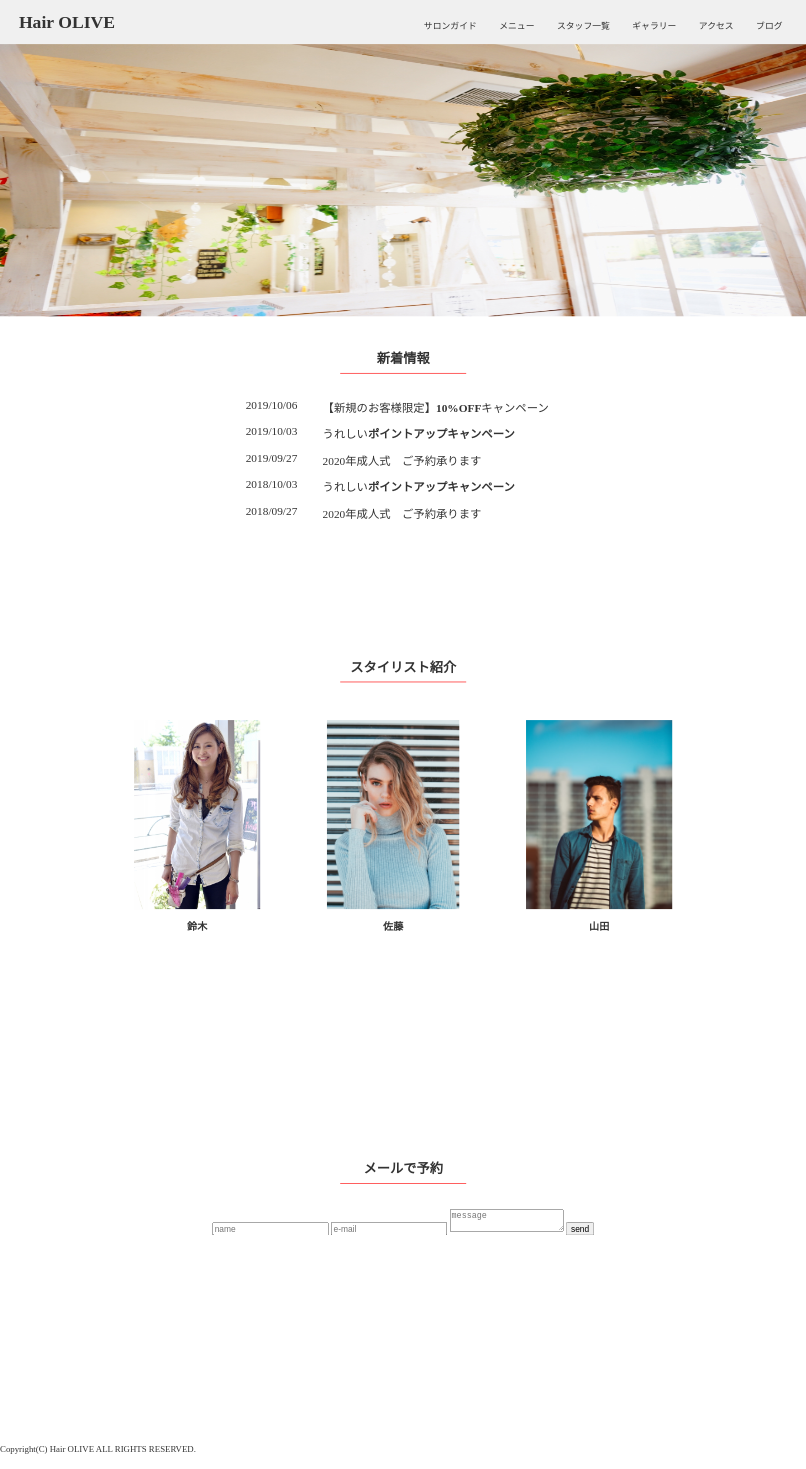
Repository: m-mao/firsa_app
Page: html_css/hair_olive/index.html
The author's editor kept a record of every edit. The page is drawn from the files as they stood at one moment, then again after the next edit.
The browser window is 1280 px wide. The pictures show the whole page, at 63% of full size.

Above is the page before.

### html_css/hair_olive/index.html
<!DOCTYPE HTML>
<html>
  <head>
    <meta charset="UTF-8">
    <link rel="stylesheet" href="style.css">
    <title>Hair OLIVE</title>
  </head>
  <body>
  <header>
      <div class="heading">
        <h1 class="title">Hair OLIVE</h1>
      </div>
      <div class="navbar">
        <ul class="nav-lists">
          <li>サロンガイド</li>
          <li>メニュー</li>
          <li>スタッフ一覧</li>
          <li>ギャラリー</li>
          <li>アクセス</li>
          <li>ブログ</li>
        </ul>
      </div>
  </header>

  <div class="contents">
      <div class="first-view">
        <img src="images/hero.jpg" alt="トップ画面" class="top-image"></img>
      </div>
      <div class="upper-content">
        <h2 class="heading-name">新着情報</h2>
        <ul class="messages">
          <li class="message">
            <div class="message-date">2019/10/06</div>
            <div>【新規のお客様限定】<b>10%OFF</b>キャンペーン</div>
          </li>
          <li class="message">
            <div class="message-date">2019/10/03</div>
            <div>うれしい<b>ポイントアップキャンペーン</b></div>
          </li>
          <li class="message">
            <div class="message-date">2019/09/27</div>
            <div>2020年成人式　ご予約承ります</div>
          </li>
          <li class="message">
            <div class="message-date">2018/10/03</div>
            <div>うれしい<b>ポイントアップキャンペーン</b></div>
          </li>
          <li class="message">
            <div class="message-date">2018/09/27</div>
            <div>2020年成人式　ご予約承ります</div>
          </li>
        </ul>
      </div>
      <div class="middle-content">
        <h2 class="heading-name">スタイリスト紹介</h2>
        <ul class="stylist-list">
          <li>
            <img src="images/staff1.jpg" alt="staff1" class=stylist-image>
            <h4 class="stylist-name">鈴木</h4>
          </li>
          <li>
            <img src="images/staff2.jpg" alt="staff2" class=stylist-image>
            <h4 class="stylist-name">佐藤</h4>
          </li>
          <li>
            <img src="images/staff3.jpg" alt="staff3" class=stylist-image>
            <h4 class="stylist-name">山田</h4>
          </li>
        </ul>
      </div>
      <div class="bottom-content">
        <form class="contact-form">
          <h2 class="heading-name">メールで予約</h2>
          <input type="text" placeholder="name" class="small-field">
          <input type="text" placeholder="e-mail" class="small-field">
          <textarea placeholder="message" class="large-field"></textarea>
          <input type="submit" value="send" class="send"/>
        </form>
        <!-- 『フォーム』を表示する -->
      </div>
    </div>
    <footer>
      <p>Copyright(C) Hair OLIVE ALL RIGHTS RESERVED.</p>
    </footer>
  </body>
</html>

### html_css/hair_olive/style.css
/* リセットCSS */
body {
  font-size: 14px;
  color: #333;
  margin: 0 auto;
}
h1,h2,h3,h4,h5,h6,p {
  padding: 10px 0;
  margin: 0;
}

ul,li {
  padding: 0;
  margin: 0;
}

/* ヘッダー */
header {
    height: 50px;
    background-color: #f0f0f0;
    padding: 10px 0;
    display: flex;
}

.heading {
    width: 50%;
    margin-left: 30px;
}

.navbar {
    width: 50%;
    padding: 20px;
}

.nav-lists {
    display: flex;
    justify-content: space-around;
}

li {
    list-style: none;
}

/* first-viewクラスからbottom-contentクラスまでの要素の親要素*/
.contents {
    background-color: white;
}

.first-view {
    height: 60vh;
    background-color: pink;
}

.top-image {
    height: 100%;
    width: 100%;
}

/* 新着情報 */
.upper-content {
    height:450px;
    margin: 0 160px;
}

.heading-name {
    text-align: center;
    border-bottom: 1px solid red;
    width: 200px;
    margin: 40px auto;
}

.messages {
    width: 50vw;
    margin: 0 auto;
}

.message {
    display: flex;
    font-size: 18px;
    margin: 0 0 16px 70px;
}

.message-date {
    padding-right: 40px;
}

/* スタイリスト紹介 */
.middle-content {
    height:450px;
    margin: 0 160px;
}

.stylist-list {
    display: flex;
    justify-content: space-around;
    margin: 60px 0;
}

.stylist-image {
    height: 300px;
}

.stylist-name {
    font-size: 16px;
    text-align: center;
}

/* フォーム */
.bottom-content {
    height:800px;
    margin: 0 160px;
    display: flex;
    justify-content: center;
    align-items: center;
}

.small-field {
  margin: 0 auto 15px;
}

.message-form {
  height: 150px;
  margin-bottom: 30px;
}


/* フッター */
footer {
    height:50px;
    background-color: white;
}

After the next edit:
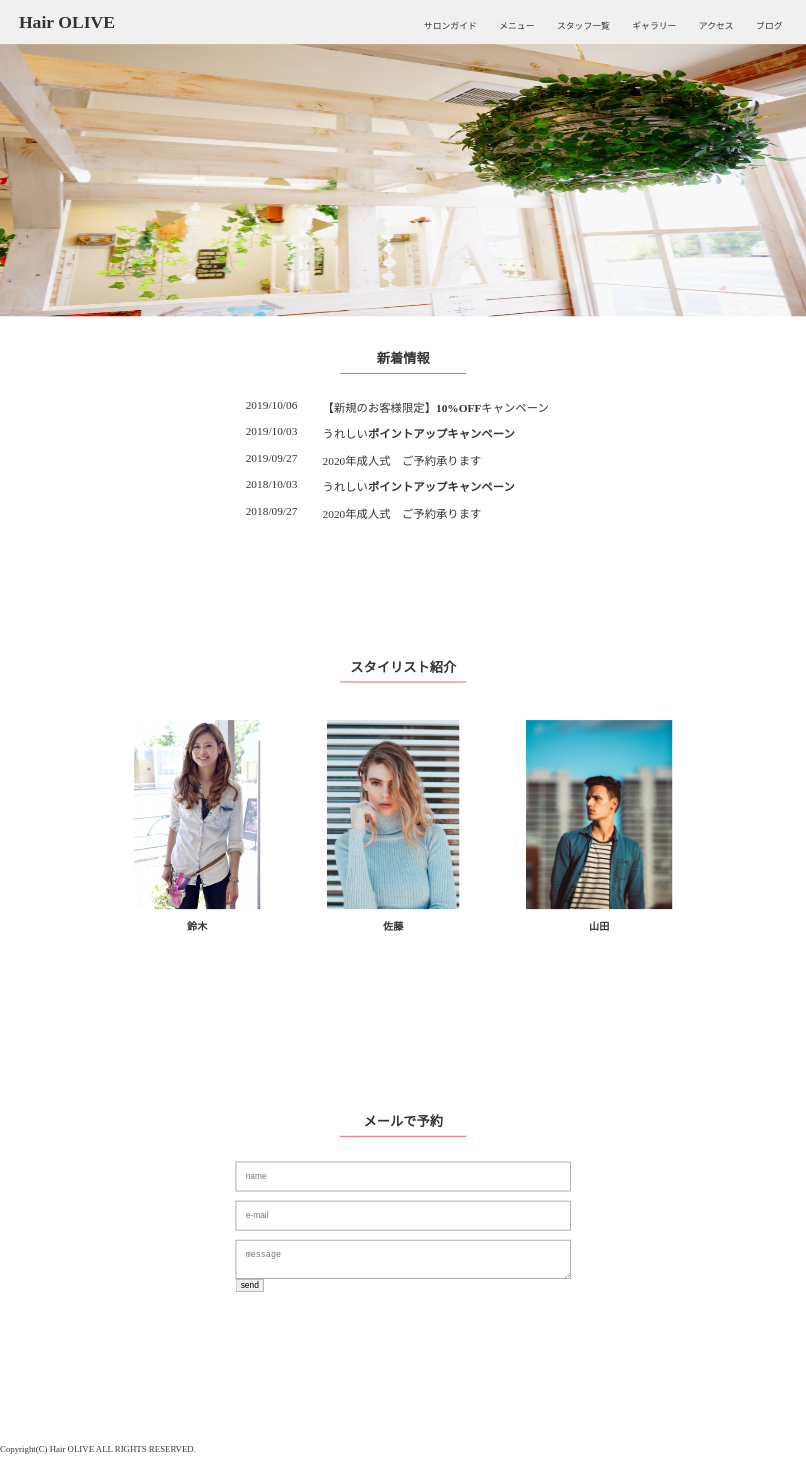
The edit:
--- a/html_css/hair_olive/style.css
+++ b/html_css/hair_olive/style.css
@@ -114,6 +114,14 @@
     align-items: center;
 }
 
+.small-field,
+.large-field {
+  width: 500px;
+  padding: 15px;
+  border: 1px solid gray;
+  display: block;
+}
+
 .small-field {
   margin: 0 auto 15px;
 }
